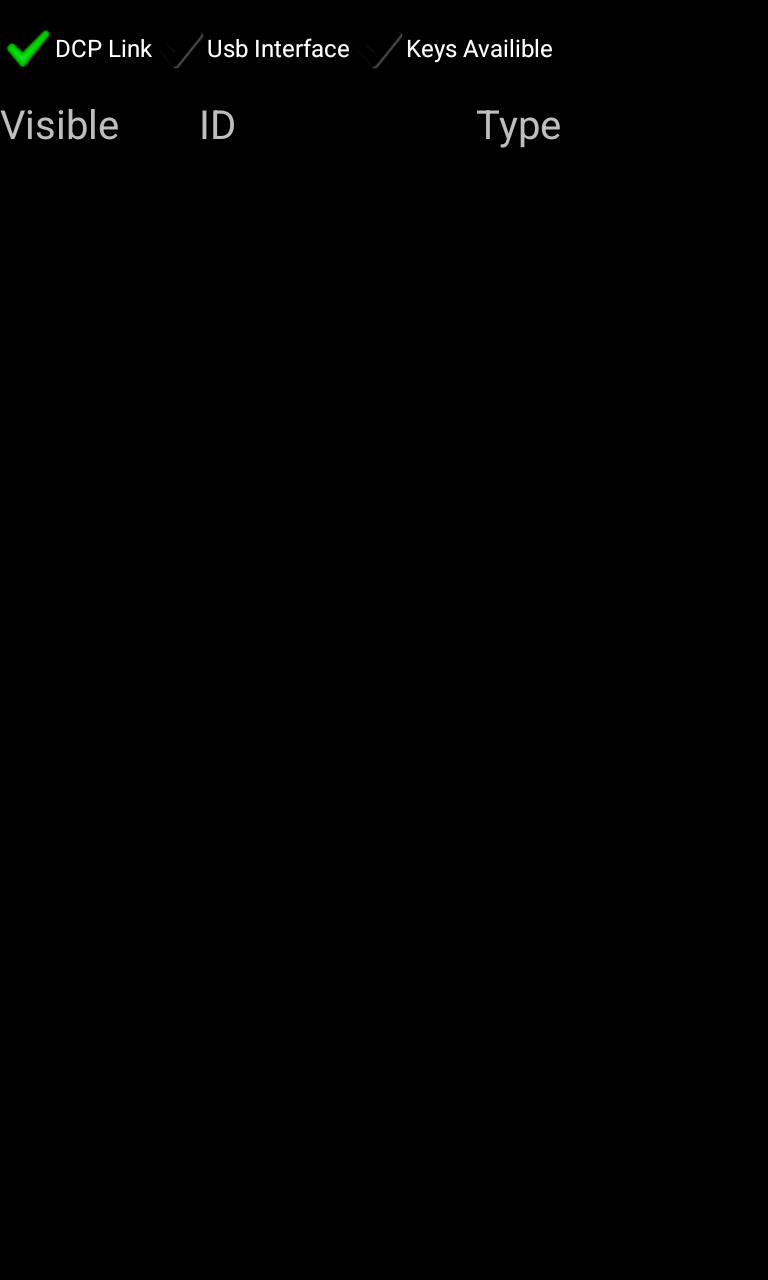
Repository: sergioenriquez/CSTE
Layout: HNAD/res/layout/devicelist.xml
These files come from the project's save history. The layout is drawn as it stood at one moment and after the next save; the edit follows.
It is drawn on a 768 x 1280 px phone screen (xhdpi) without system bars, with theme android:Theme.NoTitleBar; the app's code is not run. Lists and similar views that code fills are empty.

Above is the layout before, as saved 2011-12-18 04:05:01.

After the next save:
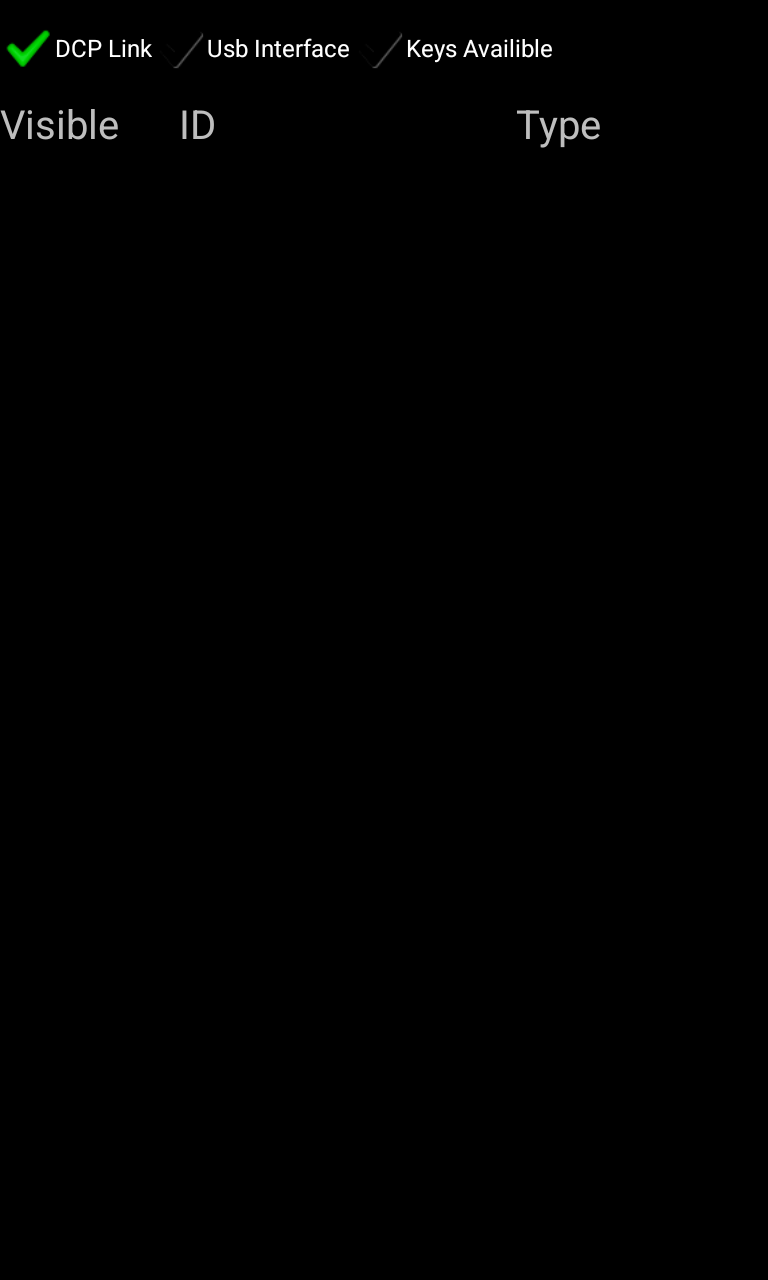
Saved 10 s later.
--- a/HNAD/res/layout/devicelist.xml
+++ b/HNAD/res/layout/devicelist.xml
@@ -43,13 +43,13 @@
         <TextView
 	    android:layout_width="fill_parent"
 	    android:layout_height="wrap_content"
-	    android:layout_marginRight="40sp"
+	    android:layout_marginRight="30sp"
 	    android:textSize="20sp"
 	    android:text="Visible"/>
         <TextView
 	    android:layout_width="fill_parent"
 	    android:layout_height="wrap_content"
-	    android:layout_marginRight="120sp"
+	    android:layout_marginRight="150sp"
 	    android:textSize="20sp"
 	    android:text="ID"/>
         <TextView
